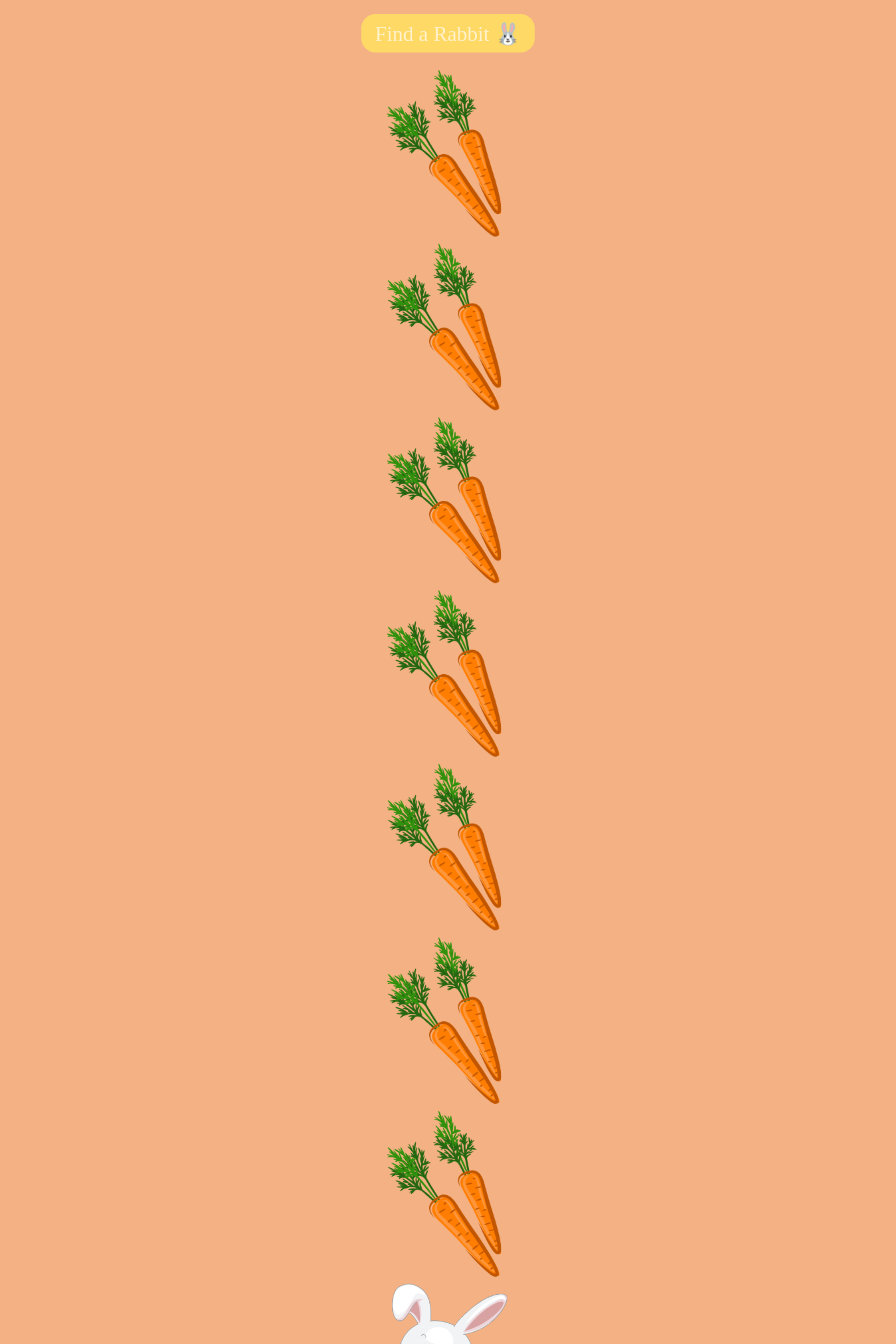
Repository: sephinejo/frontend-browser-101
Page: browser/practice-find-rabbit/index.html
These files come from the project's save history. The page is drawn as it stood at one moment and after the next save; the edit follows.
The browser window is 1280 px wide. The pictures show the part of the page from y = 0 to 1920 px (the page is 3036 px tall before and 3032 px after), at 70% of full size.
Some web fonts or font styles are not loaded; a fallback is used.

Above is the page before, as saved 2023-05-10 21:18:07.

### browser/practice-find-rabbit/index.html
<!DOCTYPE html>
<html lang="en">
  <head>
    <meta charset="UTF-8" />
    <meta name="viewport" content="width=device-width, initial-scale=1.0" />
    <title>Scroll</title>
    <link rel="preconnect" href="https://fonts.googleapis.com" />
    <link rel="preconnect" href="https://fonts.gstatic.com" crossorigin />
    <link
      href="https://fonts.googleapis.com/css2?family=Alice&display=swap"
      rel="stylesheet"
    />
    <style>
      body {
        margin: 0;
        display: flex;
        flex-direction: column;
        align-items: center;
        background-color: #f4b183;
      }

      button {
        border-style: none;
        border-radius: 1.3rem;
        margin: 20px 0;
        padding: 10px 20px;
        background-color: #ffd966;
        color: #fff2cc;
        font-size: 30px;
        font-family: Alice;
      }

      img {
        margin: 5px;
        width: 175px;
      }
    </style>
  </head>
  <body>
    <button>Find a Rabbit 🐰</button>
    <img src="img/carrot.png" alt="carrot" />
    <img src="img/carrot.png" alt="carrot" />
    <img src="img/carrot.png" alt="carrot" />
    <img src="img/carrot.png" alt="carrot" />
    <img src="img/carrot.png" alt="carrot" />
    <img src="img/carrot.png" alt="carrot" />
    <img src="img/carrot.png" alt="carrot" />
    <img src="img/rabbit.png" alt="rabbit" />
    <img src="img/carrot.png" alt="carrot" />
    <img src="img/carrot.png" alt="carrot" />
    <img src="img/carrot.png" alt="carrot" />
    <img src="img/carrot.png" alt="carrot" />

    <script></script>
  </body>
</html>

After the next save:
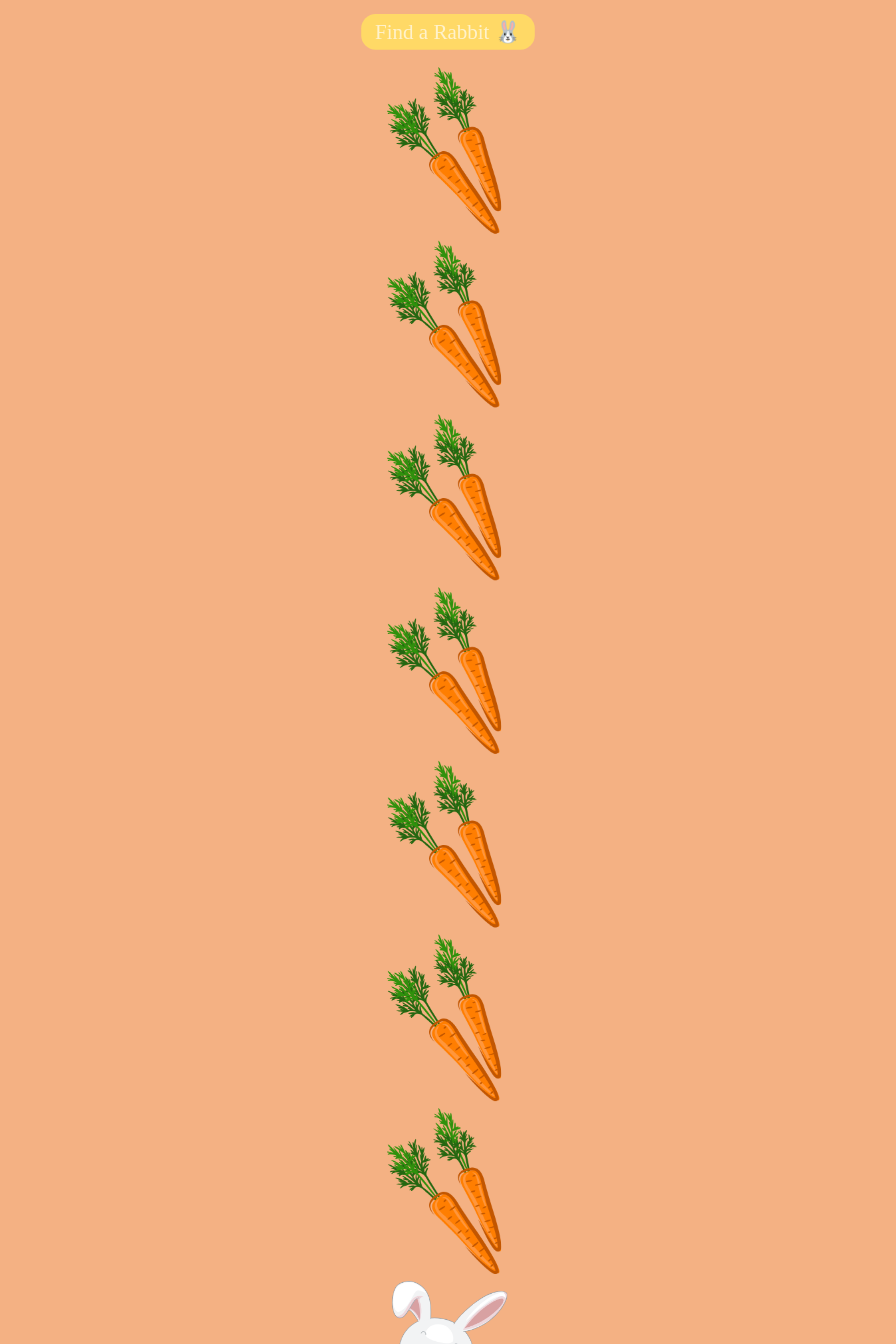
Saved 6 s later.
--- a/browser/practice-find-rabbit/index.html
+++ b/browser/practice-find-rabbit/index.html
@@ -23,7 +23,7 @@
         border-style: none;
         border-radius: 1.3rem;
         margin: 20px 0;
-        padding: 10px 20px;
+        padding: 8px 20px;
         background-color: #ffd966;
         color: #fff2cc;
         font-size: 30px;
